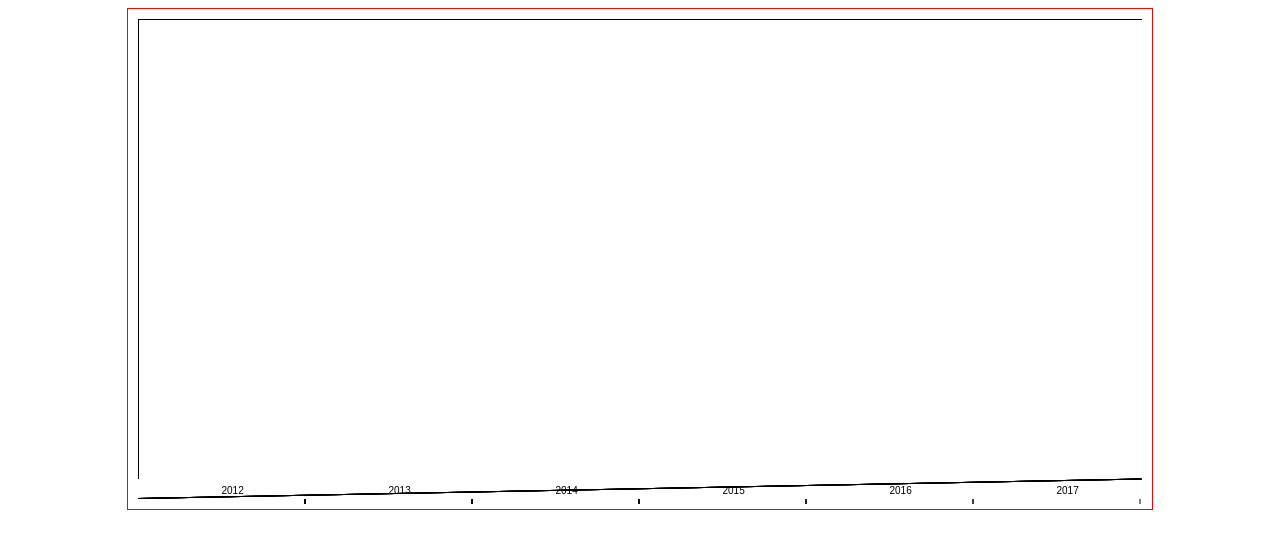
Repository: cw19931024/Demo
Page: canvas.html
The author's editor kept a copy of each file at every save. The page is drawn from the files as they stood at one save, then again after the next save.
The browser window is 1280 px wide. The pictures show the whole page.

Above is the page before, as saved 2017-07-27 14:20:44.

After the next save:
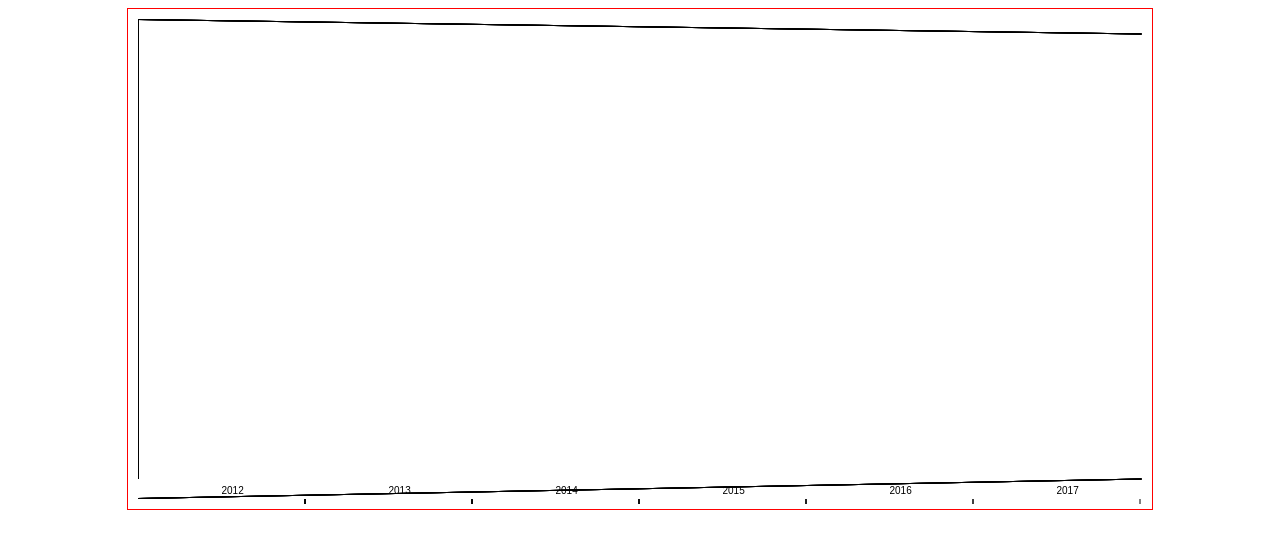
Saved 19 s later.
--- a/canvas.html
+++ b/canvas.html
@@ -48,7 +48,7 @@
     Edit('moveTo',[padding,height-padding-0.5]);
     Edit('lineTo',[width-padding-0.5,height-padding-20]);
     Edit('moveTo',[padding,padding + 0.5]);
-    Edit('lineTo',[width - padding - 0.5,padding + 0.5]);
+    Edit('lineTo',[width - padding - 0.5,padding + 15]);
     context.stroke();
 
     for(var i=0;i<data.length;i++){

After the save that followed:
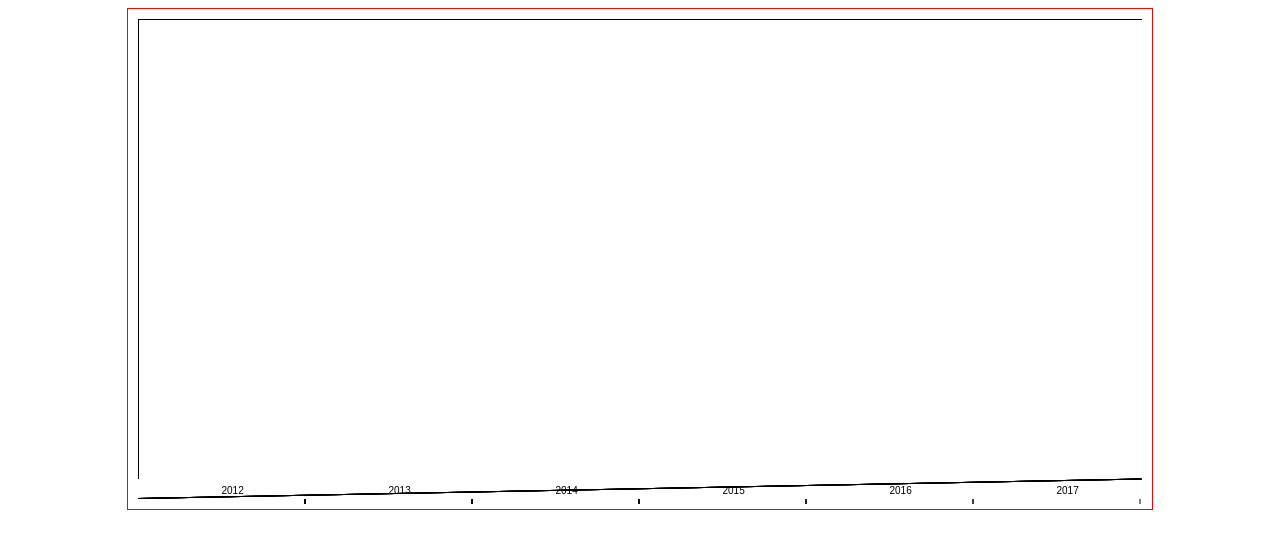
Saved 4 s later.
--- a/canvas.html
+++ b/canvas.html
@@ -48,7 +48,7 @@
     Edit('moveTo',[padding,height-padding-0.5]);
     Edit('lineTo',[width-padding-0.5,height-padding-20]);
     Edit('moveTo',[padding,padding + 0.5]);
-    Edit('lineTo',[width - padding - 0.5,padding + 15]);
+    Edit('lineTo',[width - padding - 0.5,padding + 0.5]);
     context.stroke();
 
     for(var i=0;i<data.length;i++){
